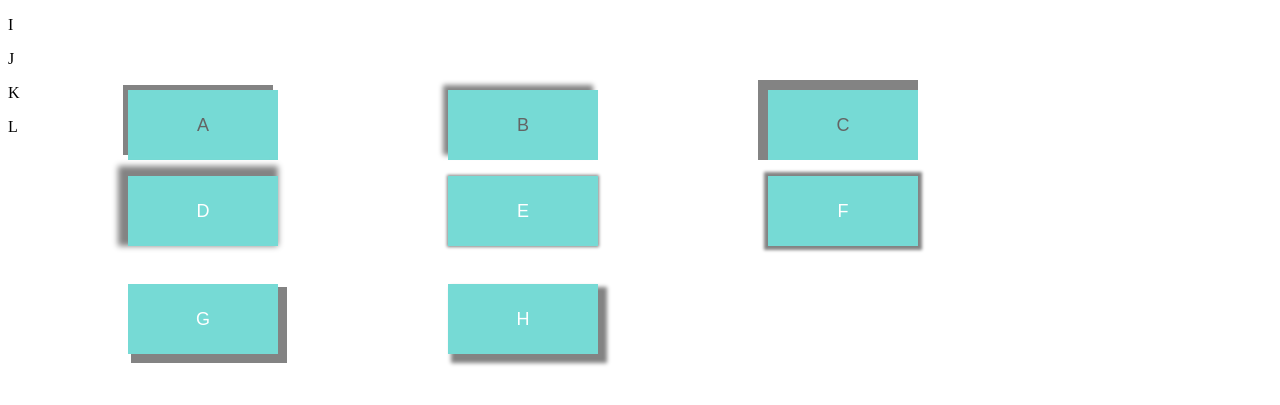
Repository: ThePerez/ArgProg
Page: Practicas ArgProg/Practica 3/Ejercicio 8/index.html
An editor plug-in stored every save of this project. The page is shown before and after the next save, followed by the edit.
The browser window is 1280 px wide. The pictures show the whole page.

Above is the page before, as saved 2023-03-20 18:11:30.

After the next save:
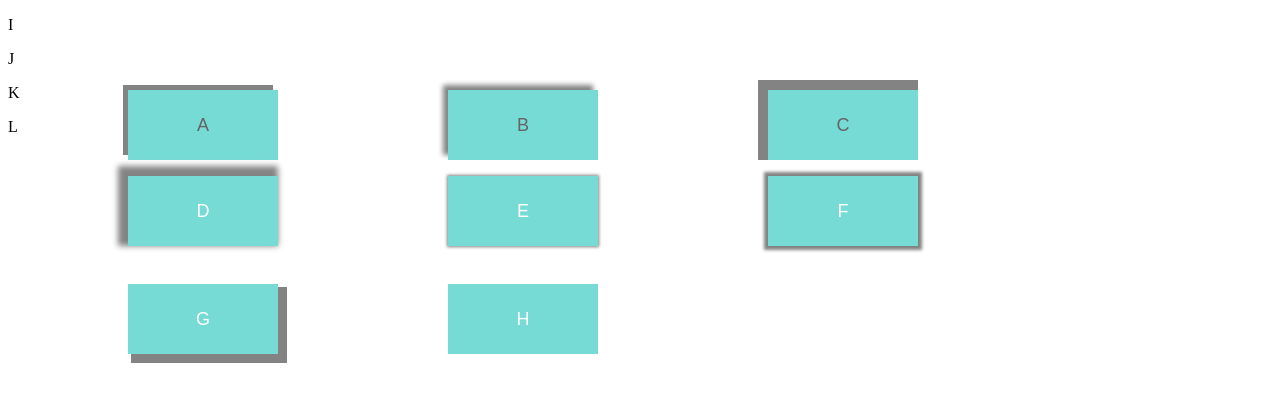
Saved 9 s later.
--- a/Practicas ArgProg/Practica 3/Ejercicio 8/styles.css
+++ b/Practicas ArgProg/Practica 3/Ejercicio 8/styles.css
@@ -123,7 +123,7 @@
      color: #ffffff;
      font-size: 18px;
      background: rgb(118, 218, 213);
-     box-shadow: 6px 6px 4px 3px #838383;
+     box-shadow: 6px 6px -4px 3px #838383;
      width: 150px;
      height: 70px;
      position: absolute;

After the save that followed:
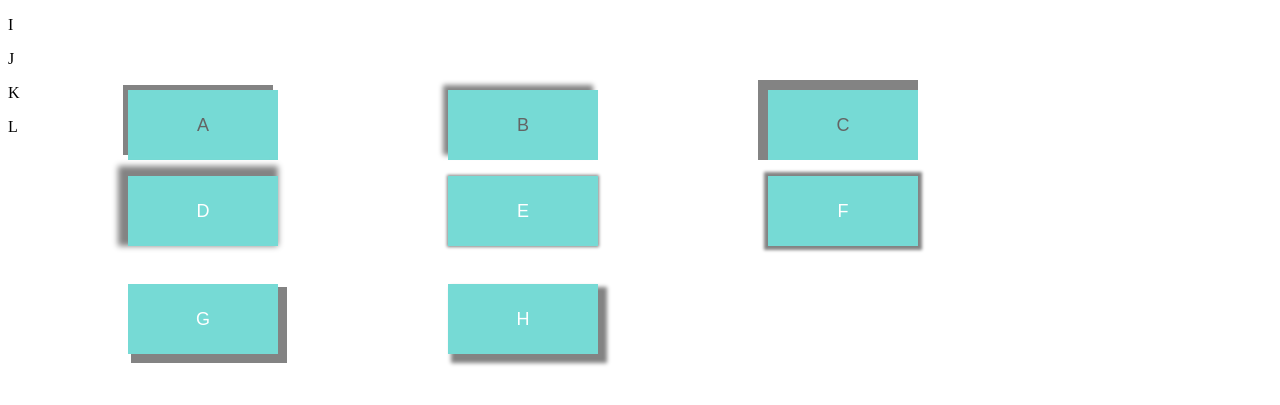
Saved 6 s later.
--- a/Practicas ArgProg/Practica 3/Ejercicio 8/styles.css
+++ b/Practicas ArgProg/Practica 3/Ejercicio 8/styles.css
@@ -123,7 +123,7 @@
      color: #ffffff;
      font-size: 18px;
      background: rgb(118, 218, 213);
-     box-shadow: 6px 6px -4px 3px #838383;
+     box-shadow: 6px 6px 4px 3px #838383;
      width: 150px;
      height: 70px;
      position: absolute;
